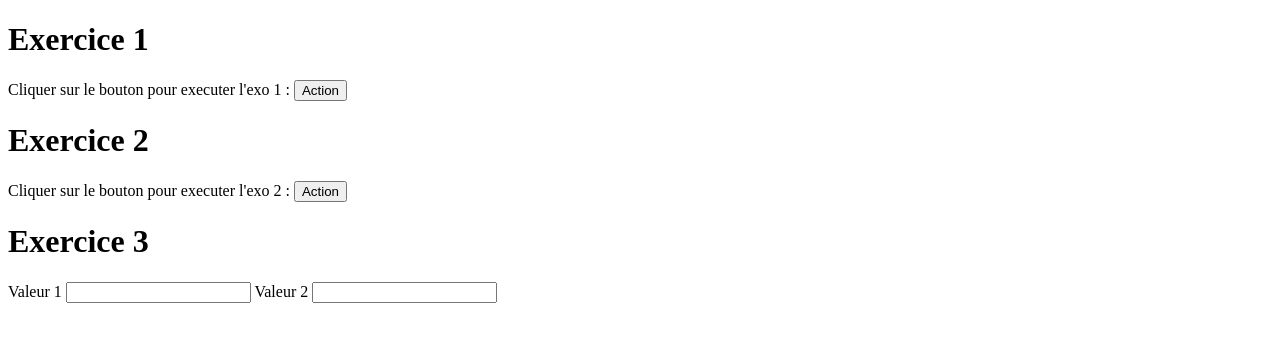
Repository: AgatheLM/formation_js
Page: insee-travaux-js/insee-client-js/exo1.html
The author's editor kept a copy of each file at every save. The page is drawn from the files as they stood at one save, then again after the next save.
The browser window is 1280 px wide. The pictures show the whole page.

Above is the page before, as saved 2018-01-24 11:29:07.

After the next save:
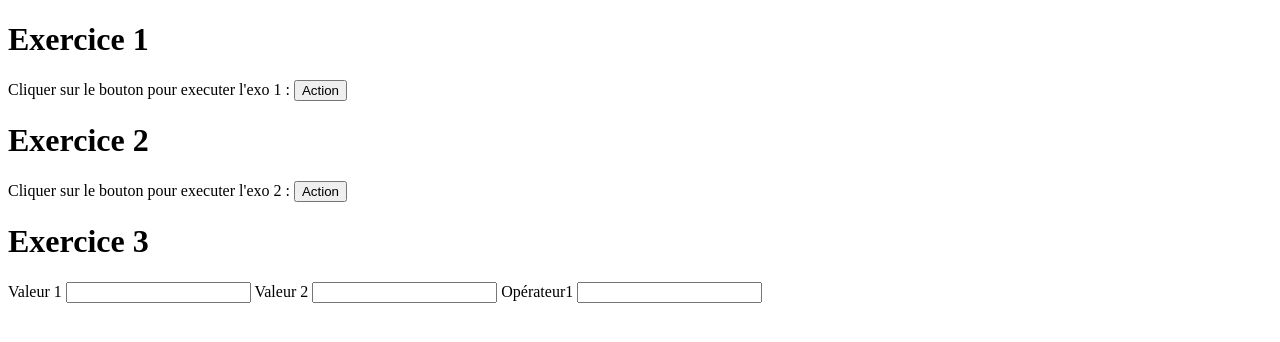
Saved 80 s later.
--- a/insee-travaux-js/insee-client-js/exo1.html
+++ b/insee-travaux-js/insee-client-js/exo1.html
@@ -23,12 +23,16 @@
 	<h1> Exercice 3 </h1>
 	<form action="">
 		<td>
-			<tr><label for="val1" /> Valeur 1 </tr>
+			<tr><label  /> Valeur 1 </tr>
 			<tr><input type="text" name="val1" id="val1" /> </tr>
 		</td>
 		<td>
-			<tr><label for="val2" /> Valeur 2 </tr>
+			<tr><label  /> Valeur 2 </tr>
 			<tr><input type="text" name="val2" id="val2" /> </tr>
+		</td>
+		<td>
+			<tr><label for="operateur1" /> Opérateur1 </tr>
+			<tr><input type="text" name="op1" id="op1" /> </tr>
 		</td>
 	</form>
 
